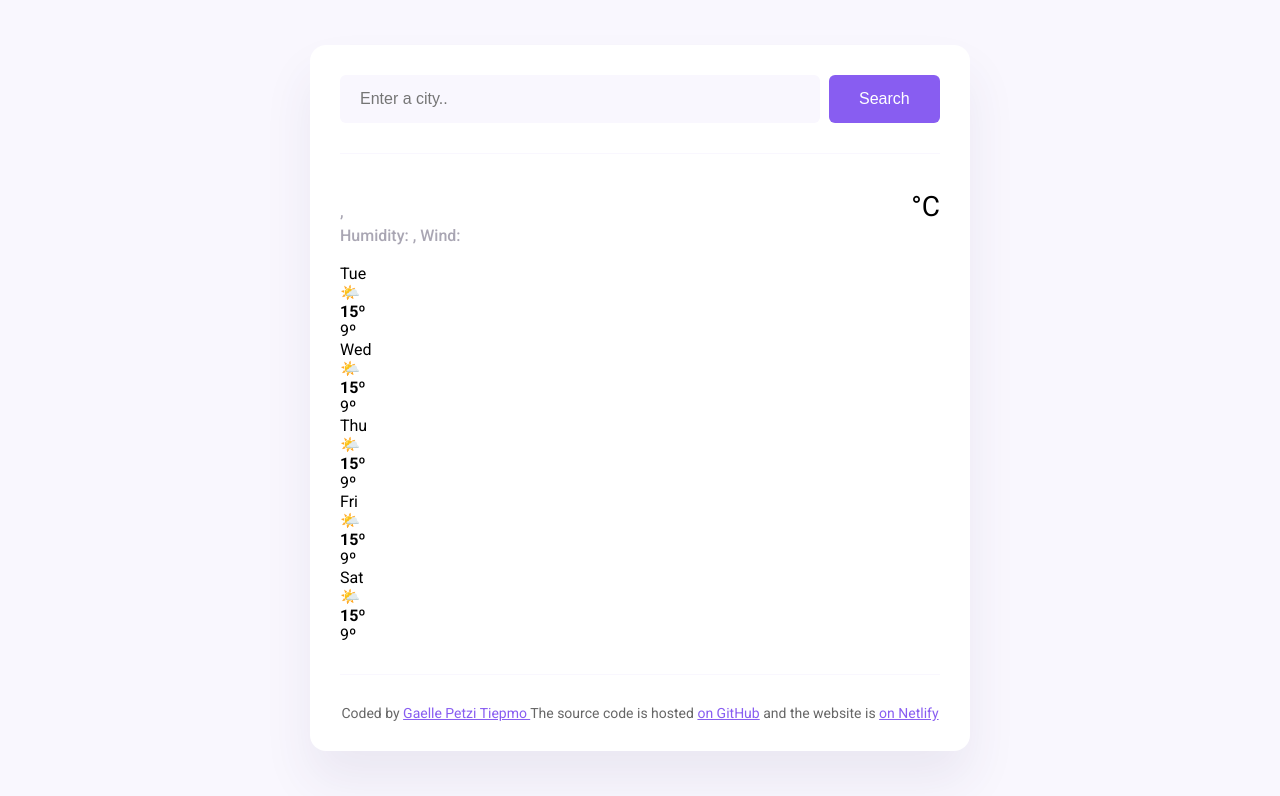
Repository: OnwardForward/meteo.by.gaelle
Page: meteo.appbygaelle.html
The author's editor kept a copy of each file at every save. The page is drawn from the files as they stood at one save, then again after the next save.
The browser window is 1280 px wide. The pictures show the whole page.
The page's requests for data from a server got no answer. Some web libraries are served in a nearby version.

Above is the page before, as saved 2024-04-22 18:46:13.
Console error (its wording comes from the project's code and is left out).

After the next save:
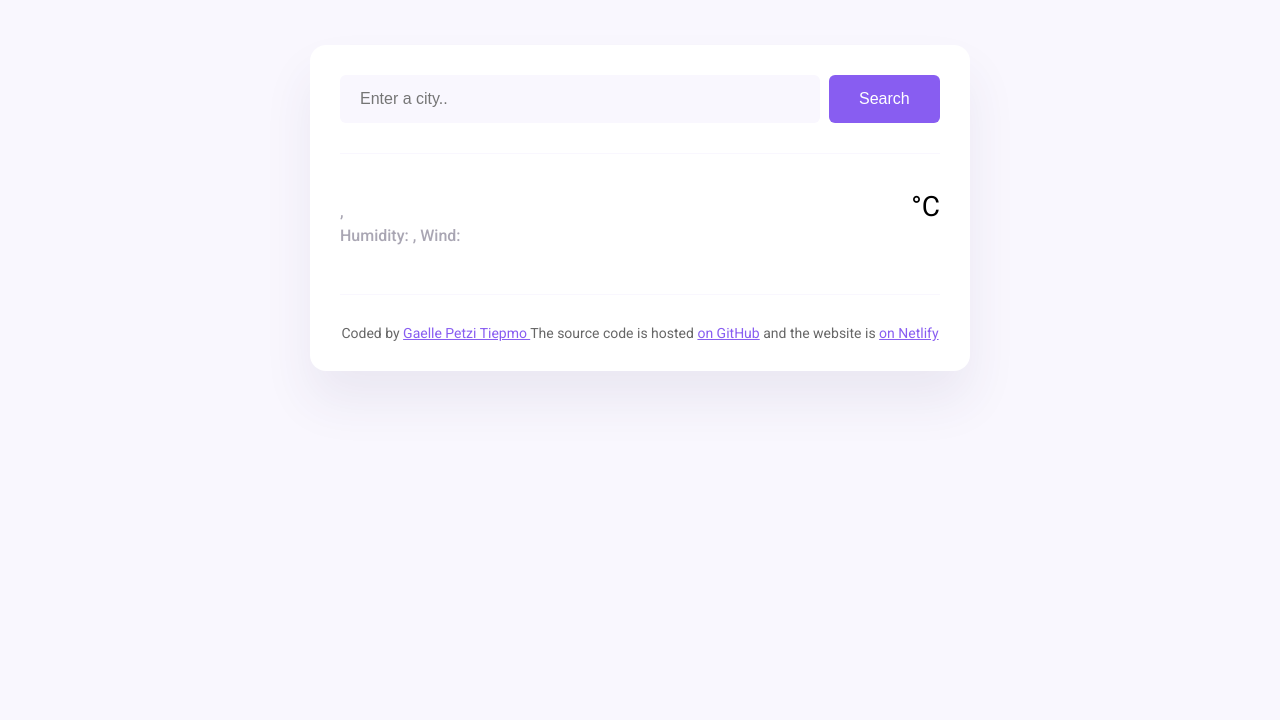
Saved 2 min 43 s later.
--- a/src/index.js
+++ b/src/index.js
@@ -54,25 +54,42 @@ function handleSearchSubmit(event) {
   searchCity(searchInput.value);
 }
 
-function displayForecast() {
-  let days = ["Tue", "Wed", "Thu", "Fri", "Sat"];
+function formatDay(timestamp) {
+  let date = new Date(timestamp * 1000);
+  let days = ["Sun", "Mon", "Tue", "Wed", "Thu", "Fri", "Sat"];
+
+  return days[date.getDay()];
+}
+
+function getForecast(city) {
+  let apiKey = "b2a5adcct04b33178913oc335f405433";
+  let apiUrl = `https://api.shecodes.io/weather/v1/forecast?query=${city}&key=${apiKey}&units=metric`;
+  axios(apiUrl).then(displayForecast);
+}
+
+function displayForecast(response) {
   let forecastHtml = "";
 
-  days.forEach(function (day) {
-    forecastHtml =
-      forecastHtml +
-      `
+  response.data.daily.forEach(function (day, index) {
+    if (index < 5) {
+      forecastHtml =
+        forecastHtml +
+        `
       <div class="weather-forecast-day">
-        <div class="weather-forecast-date">${day}</div>
-        <div class="weather-forecast-icon">🌤️</div>
+        <div class="weather-forecast-date">${formatDay(day.time)}</div>
+
+        <img src="${day.condition.icon_url}" class="weather-forecast-icon" />
         <div class="weather-forecast-temperatures">
           <div class="weather-forecast-temperature">
-            <strong>15º</strong>
+            <strong>${Math.round(day.temperature.maximum)}º</strong>
           </div>
-          <div class="weather-forecast-temperature">9º</div>
+          <div class="weather-forecast-temperature">${Math.round(
+            day.temperature.minimum
+          )}º</div>
         </div>
       </div>
     `;
+    }
   });
 
   let forecastElement = document.querySelector("#forecast");
@@ -83,4 +100,3 @@ let searchFormElement = document.querySelector("#search-form");
 searchFormElement.addEventListener("submit", handleSearchSubmit);
 
 searchCity("Houston");
-displayForecast();
